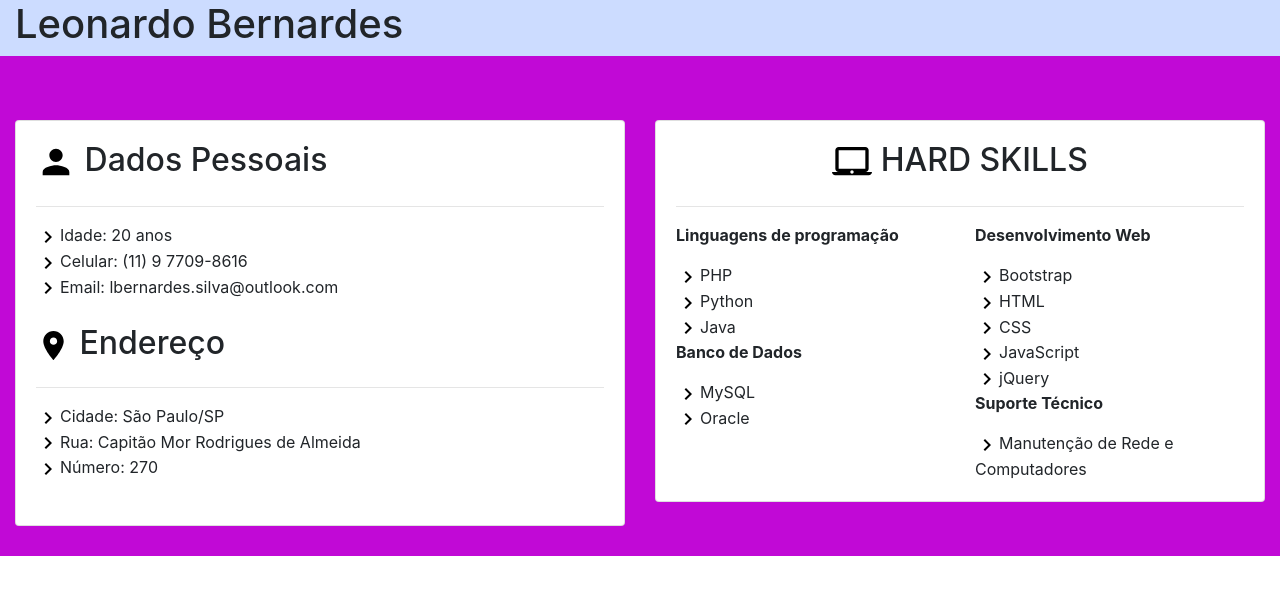
Repository: MeuAmor/meuamor.github.io
Page: index.html
These files come from the project's save history. The page is drawn as it stood at one moment and after the next save; the edit follows.
The browser window is 1280 px wide. The pictures show the whole page.

Above is the page before, as saved 2019-08-19 23:16:25.

### index.html
<!DOCTYPE html>
<html lang="pt">
<head>
  <title>2 ANOS</title>
  <meta charset="utf-8">
  <meta name="viewport" content="width=device-width, initial-scale=1">
  <link rel="stylesheet" href="assets/css/bootstrap4.1/bootstrap.min.css">
  <script src="assets/js/jquery.3.3.1.min.js"></script>
  <script src="assets/js/bootstrap4.1/popper.min.js"></script>
	<script src="assets/js/bootstrap4.1/bootstrap.min.js"></script>
	<!-- <style>
			hr {
				margin-top: 1rem;
				margin-bottom: 1rem;
				border: 5;
				border-top: 1px solid rgba(0, 0, 0, 0.1);
			}
		</style> -->
</head>
<body class="container-fluid">


	<div class="row" style="background:#ccdcff">
		<div class="col-md-6 ">
			<h1>Leonardo Bernardes</h1>
		</div>
		<div class="col-md-6 " id="redes_sociais">
			<!-- <a style="margin:10px;" class="btn btn-info btn-xs float-right" href="http://www.linkedin.com/in/leonardo-bernardes-da-silva-a8869b132">
				<svg xmlns="http://www.w3.org/2000/svg" width="24" height="24" viewBox="0 0 24 24" fill="none" stroke="currentColor" stroke-width="2" stroke-linecap="round" stroke-linejoin="round" class="feather feather-linkedin">
					<path d="M16 8a6 6 0 0 1 6 6v7h-4v-7a2 2 0 0 0-2-2 2 2 0 0 0-2 2v7h-4v-7a6 6 0 0 1 6-6z"></path><rect x="2" y="9" width="4" height="12"></rect>
					<circle cx="4" cy="4" r="2"></circle></svg>	LinkedIn</a>
				<a style="margin:10px;" class="btn btn-primary btn-xs float-right" href="http://www.facebook.com/lezinho.bernardes">
					<svg xmlns="http://www.w3.org/2000/svg" width="24" height="24" viewBox="0 0 24 24" fill="none" stroke="currentColor" stroke-width="2" stroke-linecap="round" stroke-linejoin="round" class="feather feather-facebook">
						<path d="M18 2h-3a5 5 0 0 0-5 5v3H7v4h3v8h4v-8h3l1-4h-4V7a1 1 0 0 1 1-1h3z"></path>
					</svg>
					LinkedIn
				</a>  -->
		</div>


</div>
<div class="row" style="background:#c109d6;min-height: 500px;">

	<!-- <hr> -->
	<!-- <p style="margin: 10px;">
		<a class="btn btn-dark" data-toggle="collapse" href="#multiCollapseExample1" role="button" aria-expanded="false" aria-controls="multiCollapseExample1">Toggle first element</a>
		<button class="btn btn-dark" type="button" data-toggle="collapse" data-target="#multiCollapseExample2" aria-expanded="false" aria-controls="multiCollapseExample2">Toggle second element</button>
		<button class="btn btn-dark" type="button" data-toggle="collapse" data-target=".multi-collapse" aria-expanded="false" aria-controls="multiCollapseExample1 multiCollapseExample2">Toggle both elements</button> -->
	<!-- </p> -->


	<div class="col-md-6" style="margin-top: 5%;">
		<div class="card card-body">
				<h2> <svg xmlns="http://www.w3.org/2000/svg" width="40" height="40" viewBox="0 0 24 24"><path d="M12 12c2.21 0 4-1.79 4-4s-1.79-4-4-4-4 1.79-4 4 1.79 4 4 4zm0 2c-2.67 0-8 1.34-8 4v2h16v-2c0-2.66-5.33-4-8-4z"/><path d="M0 0h24v24H0z" fill="none"/></svg> Dados Pessoais</h2>
				<hr>
					<div>

						<svg xmlns="http://www.w3.org/2000/svg" width="24" height="24" viewBox="0 0 24 24">
							<path d="M8.59 16.59L13.17 12 8.59 7.41 10 6l6 6-6 6-1.41-1.41z"/>
							<path fill="none" d="M0 0h24v24H0V0z"/>
						</svg>Idade: 20 anos<br>
						<svg xmlns="http://www.w3.org/2000/svg" width="24" height="24" viewBox="0 0 24 24">
							<path d="M8.59 16.59L13.17 12 8.59 7.41 10 6l6 6-6 6-1.41-1.41z"/>
							<path fill="none" d="M0 0h24v24H0V0z"/>
						</svg>Celular: (11) 9 7709-8616<br>
						<svg xmlns="http://www.w3.org/2000/svg" width="24" height="24" viewBox="0 0 24 24">
							<path d="M8.59 16.59L13.17 12 8.59 7.41 10 6l6 6-6 6-1.41-1.41z"/>
							<path fill="none" d="M0 0h24v24H0V0z"/>
						</svg>Email: lbernardes.silva@outlook.com<br><br>
					</div>

				<h2> <svg xmlns="http://www.w3.org/2000/svg" width="35" height="35" viewBox="0 0 24 24"><path d="M12 2C8.13 2 5 5.13 5 9c0 5.25 7 13 7 13s7-7.75 7-13c0-3.87-3.13-7-7-7zm0 9.5c-1.38 0-2.5-1.12-2.5-2.5s1.12-2.5 2.5-2.5 2.5 1.12 2.5 2.5-1.12 2.5-2.5 2.5z"/><path d="M0 0h24v24H0z" fill="none"/></svg> Endereço</h2>
				<hr>
				<div>
					<svg xmlns="http://www.w3.org/2000/svg" width="24" height="24" viewBox="0 0 24 24">
						<path d="M8.59 16.59L13.17 12 8.59 7.41 10 6l6 6-6 6-1.41-1.41z"/>
						<path fill="none" d="M0 0h24v24H0V0z"/>
					</svg>Cidade: São Paulo/SP<br>
					<svg xmlns="http://www.w3.org/2000/svg" width="24" height="24" viewBox="0 0 24 24">
						<path d="M8.59 16.59L13.17 12 8.59 7.41 10 6l6 6-6 6-1.41-1.41z"/>
						<path fill="none" d="M0 0h24v24H0V0z"/>
					</svg>Rua: Capitão Mor Rodrigues de Almeida<br>
					<svg xmlns="http://www.w3.org/2000/svg" width="24" height="24" viewBox="0 0 24 24">
						<path d="M8.59 16.59L13.17 12 8.59 7.41 10 6l6 6-6 6-1.41-1.41z"/>
						<path fill="none" d="M0 0h24v24H0V0z"/>
					</svg>Número: 270<br><br>
				</div>
		</div>
	</div>
	<div class="col-md-6" style="margin-top: 5%;">
		<div class="card card-body">
			<h2 style="text-align:center;"><svg xmlns="http://www.w3.org/2000/svg" width="40" height="40" viewBox="0 0 24 24"><path d="M0 0h24v24H0z" fill="none"/><path d="M20 18c1.1 0 1.99-.9 1.99-2L22 5c0-1.1-.9-2-2-2H4c-1.1 0-2 .9-2 2v11c0 1.1.9 2 2 2H0c0 1.1.9 2 2 2h20c1.1 0 2-.9 2-2h-4zM4 5h16v11H4V5zm8 14c-.55 0-1-.45-1-1s.45-1 1-1 1 .45 1 1-.45 1-1 1z"/></svg> HARD SKILLS  </h2>
			<hr>
				<div class="row">

					<div class="col-md-6">

						<p><b>Linguagens de programação</b></p>
						<div>
							<svg xmlns="http://www.w3.org/2000/svg" width="24" height="24" viewBox="0 0 24 24">
								<path d="M8.59 16.59L13.17 12 8.59 7.41 10 6l6 6-6 6-1.41-1.41z"/>
								<path fill="none" d="M0 0h24v24H0V0z"/>
							</svg>PHP<br>
							<svg xmlns="http://www.w3.org/2000/svg" width="24" height="24" viewBox="0 0 24 24">
								<path d="M8.59 16.59L13.17 12 8.59 7.41 10 6l6 6-6 6-1.41-1.41z"/>
								<path fill="none" d="M0 0h24v24H0V0z"/>
							</svg>Python<br>
							<svg xmlns="http://www.w3.org/2000/svg" width="24" height="24" viewBox="0 0 24 24">
								<path d="M8.59 16.59L13.17 12 8.59 7.41 10 6l6 6-6 6-1.41-1.41z"/>
								<path fill="none" d="M0 0h24v24H0V0z"/>
							</svg>Java<br>
						</div>
						<p><b>Banco de Dados</b></p>
						<div>
							<svg xmlns="http://www.w3.org/2000/svg" width="24" height="24" viewBox="0 0 24 24">
								<path d="M8.59 16.59L13.17 12 8.59 7.41 10 6l6 6-6 6-1.41-1.41z"/>
								<path fill="none" d="M0 0h24v24H0V0z"/>
							</svg>MySQL<br>
							<svg xmlns="http://www.w3.org/2000/svg" width="24" height="24" viewBox="0 0 24 24">
								<path d="M8.59 16.59L13.17 12 8.59 7.41 10 6l6 6-6 6-1.41-1.41z"/>
								<path fill="none" d="M0 0h24v24H0V0z"/>
							</svg>Oracle<br>
						</div>

					</div>
					<div class="col-md-6">
							<p><b>Desenvolvimento Web</b></p>
						<div>
							<svg xmlns="http://www.w3.org/2000/svg" width="24" height="24" viewBox="0 0 24 24">
								<path d="M8.59 16.59L13.17 12 8.59 7.41 10 6l6 6-6 6-1.41-1.41z"/>
								<path fill="none" d="M0 0h24v24H0V0z"/>
							</svg>Bootstrap<br>
							<svg xmlns="http://www.w3.org/2000/svg" width="24" height="24" viewBox="0 0 24 24">
								<path d="M8.59 16.59L13.17 12 8.59 7.41 10 6l6 6-6 6-1.41-1.41z"/>
								<path fill="none" d="M0 0h24v24H0V0z"/>
							</svg>HTML<br>
							<svg xmlns="http://www.w3.org/2000/svg" width="24" height="24" viewBox="0 0 24 24">
								<path d="M8.59 16.59L13.17 12 8.59 7.41 10 6l6 6-6 6-1.41-1.41z"/>
								<path fill="none" d="M0 0h24v24H0V0z"/>
							</svg>CSS<br>
							<svg xmlns="http://www.w3.org/2000/svg" width="24" height="24" viewBox="0 0 24 24">
								<path d="M8.59 16.59L13.17 12 8.59 7.41 10 6l6 6-6 6-1.41-1.41z"/>
								<path fill="none" d="M0 0h24v24H0V0z"/>
							</svg>JavaScript<br>
							<svg xmlns="http://www.w3.org/2000/svg" width="24" height="24" viewBox="0 0 24 24">
								<path d="M8.59 16.59L13.17 12 8.59 7.41 10 6l6 6-6 6-1.41-1.41z"/>
								<path fill="none" d="M0 0h24v24H0V0z"/>
							</svg>jQuery<br>
						</div>

						<p><b>Suporte Técnico</b></p>
						<div>
								<svg xmlns="http://www.w3.org/2000/svg" width="24" height="24" viewBox="0 0 24 24">
									<path d="M8.59 16.59L13.17 12 8.59 7.41 10 6l6 6-6 6-1.41-1.41z"/>
									<path fill="none" d="M0 0h24v24H0V0z"/>
								</svg>Manutenção de Rede e Computadores<br>
							</div>
					</div>

				</div>
			</div>

	</div>

</div>
</body>
</html>

Loaded but not shown: assets/css/bootstrap4.1/bootstrap.min.css (library); assets/js/jquery.3.3.1.min.js (library); assets/js/bootstrap4.1/popper.min.js (library); assets/js/bootstrap4.1/bootstrap.min.js (library)

After the next save:
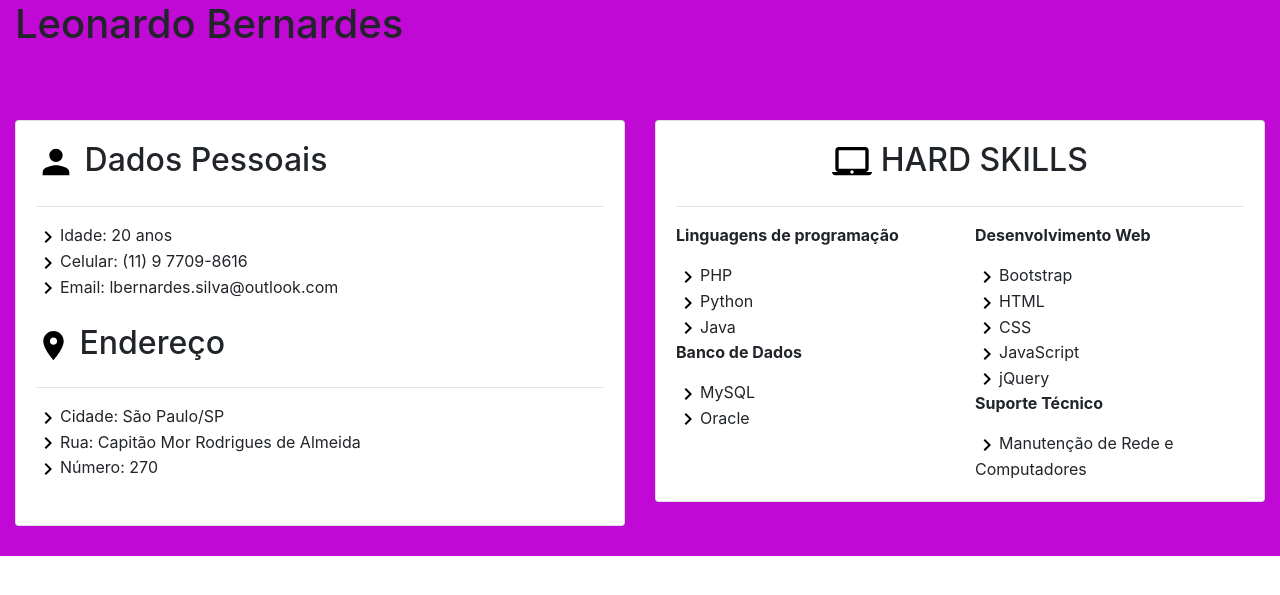
Saved 9 s later.
--- a/index.html
+++ b/index.html
@@ -20,7 +20,7 @@
 <body class="container-fluid">
 
 
-	<div class="row" style="background:#ccdcff">
+	<div class="row" style="background:#c109d6">
 		<div class="col-md-6 ">
 			<h1>Leonardo Bernardes</h1>
 		</div>
